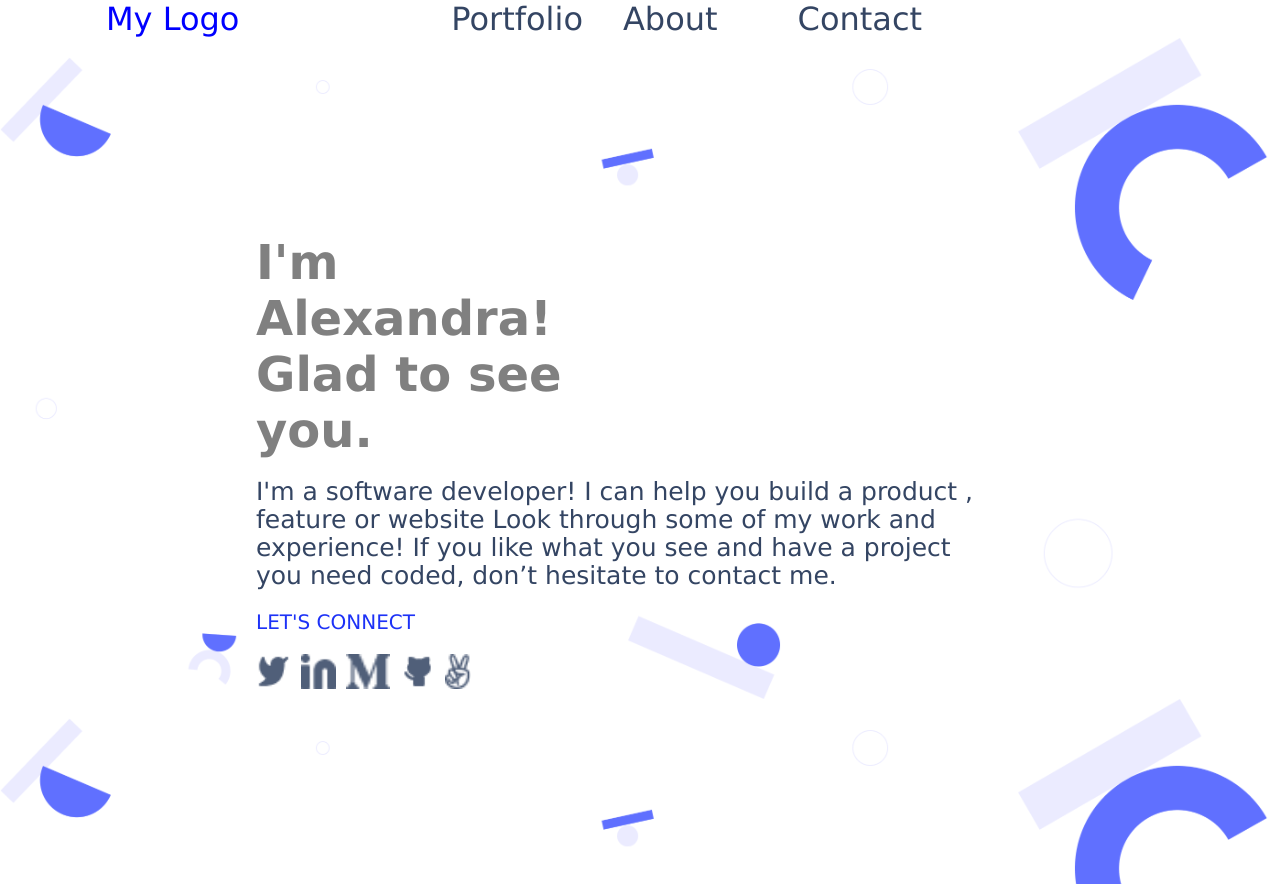
Repository: usman3123/portfolio-template-3
Page: portfolio.html
These files come from the project's save history. The page is drawn as it stood at one moment and after the next save; the edit follows.
The browser window is 1280 px wide. The pictures show the whole page.
Some web libraries are served in a nearby version.

Above is the page before, as saved 2025-01-23 18:40:15.

After the next save:
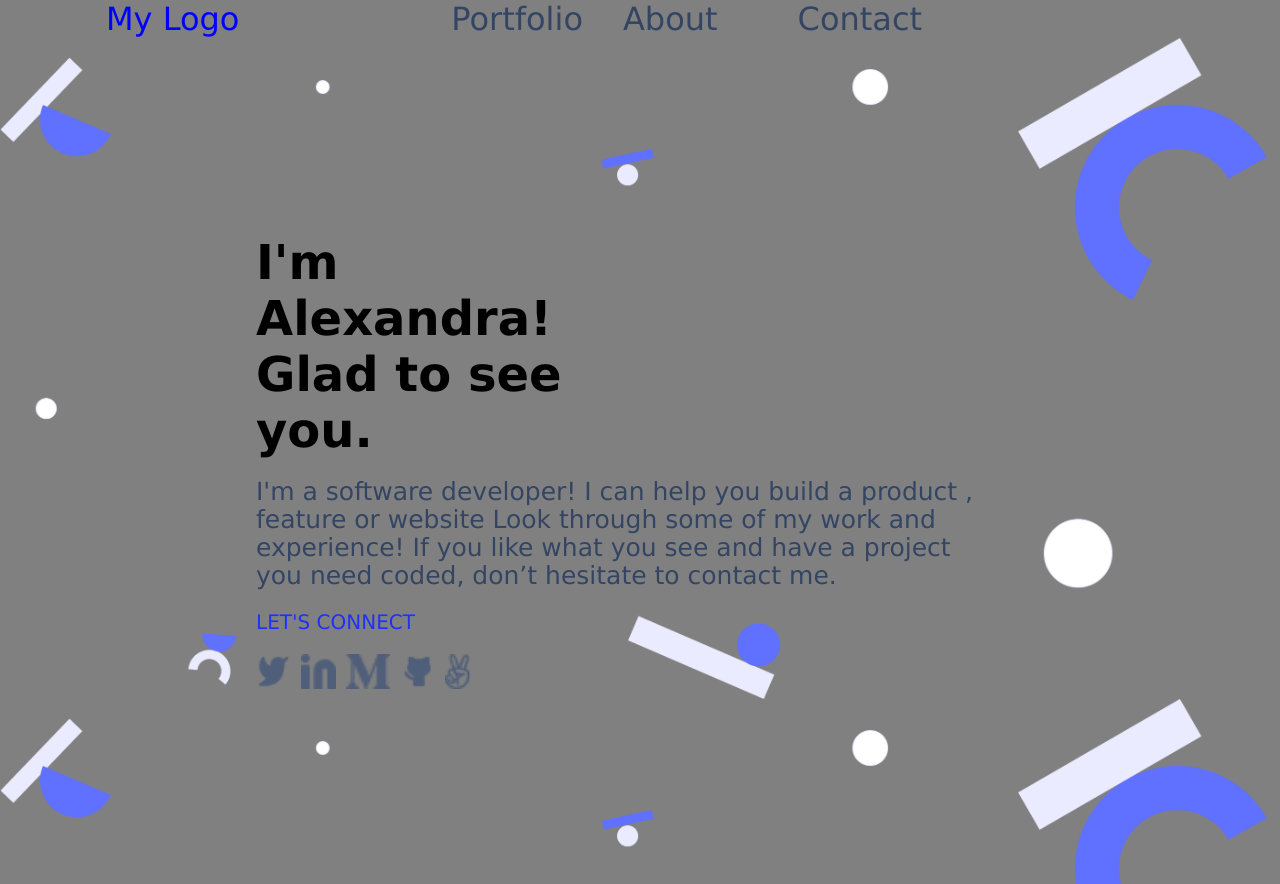
Saved 25 s later.
--- a/style.css
+++ b/style.css
@@ -5,7 +5,7 @@
 }
 body {
     font-family: Verdana, Geneva, Tahoma, sans-serif;
-    color: grey;
+    background-color: grey;
 }
 .flex {
     display: flex;
